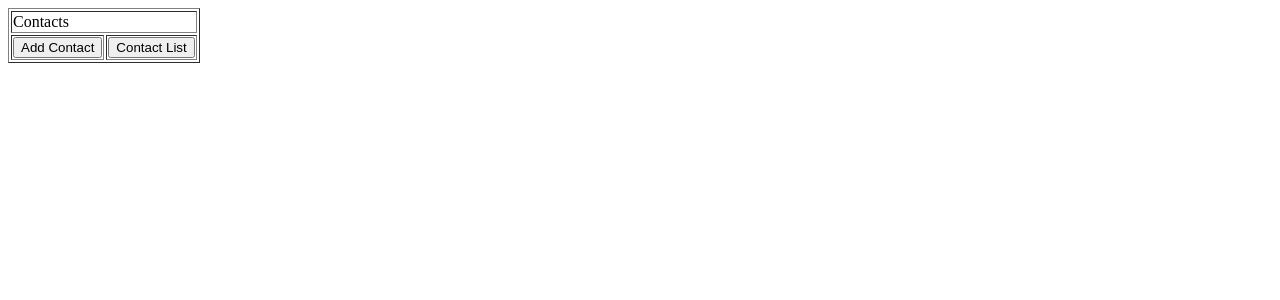
Repository: HSungJun/Practice
Page: KH_workspace/Back/workspace_back/Contacts/src/main/webapp/index.html
These files come from the project's save history. The page is drawn as it stood at one moment and after the next save; the edit follows.
The browser window is 1280 px wide. The pictures show the whole page.

Above is the page before, as saved 2023-04-04 12:08:00.

### KH_workspace/Back/workspace_back/Contacts/src/main/webapp/index.html
<!DOCTYPE html>
<html>
<head>
<meta charset="UTF-8">
<title>Contacts</title>
</head>
<body>
	<table border='1'>
		<tr>
			<td colspan='2'>Contacts</td>
		</tr>
		<tr>
			<td> <button herf='insert_contact'>Add Contact</button> </td>
			<td> <button herf='Listing'>Contact List</button> </td>
		</tr>

	</table>
</body>
</html>

After the next save:
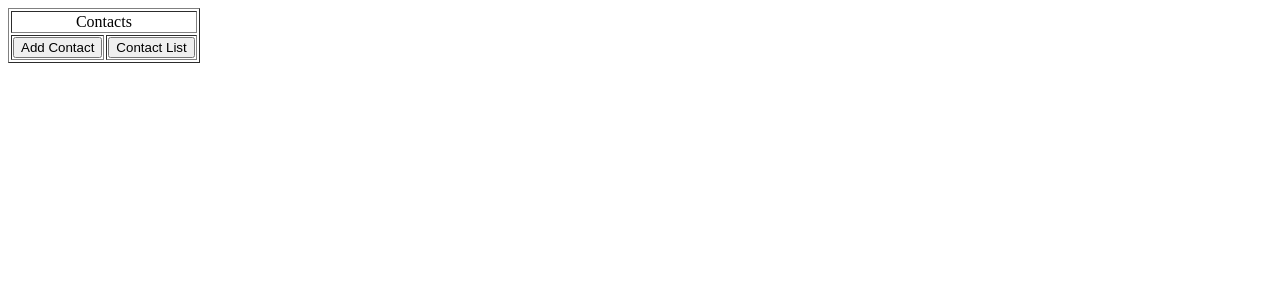
Saved 98 s later.
--- a/KH_workspace/Back/workspace_back/Contacts/src/main/webapp/index.html
+++ b/KH_workspace/Back/workspace_back/Contacts/src/main/webapp/index.html
@@ -7,7 +7,7 @@
 <body>
 	<table border='1'>
 		<tr>
-			<td colspan='2'>Contacts</td>
+			<td colspan='2' align='center'>Contacts</td>
 		</tr>
 		<tr>
 			<td> <button herf='insert_contact'>Add Contact</button> </td>
